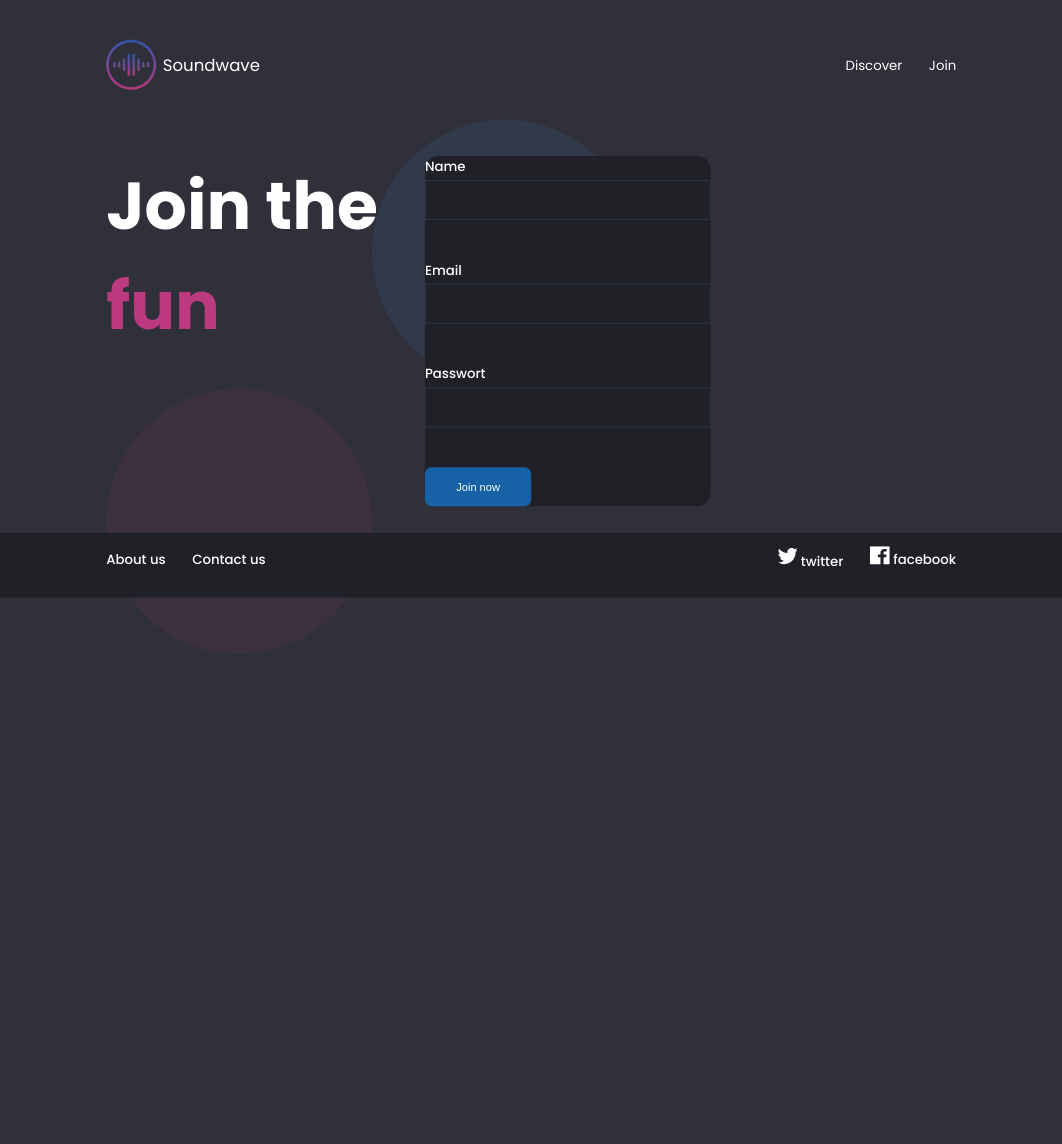
Repository: Hiiiij/soundwave
Page: pages/join.html
The author's editor kept a copy of each file at every save. The page is drawn from the files as they stood at one save, then again after a run of saves.
The browser window is 1280 px wide. The pictures show the whole page, at 83% of full size.

Above is the page before, as saved 2020-07-04 16:59:33.

### pages/join.html
<!DOCTYPE html>
<html lang="en">
  <head>
    <meta charset="UTF-8" />
    <meta name="viewport" content="width=device-width, initial-scale=1.0" />
    <link rel="stylesheet" href="../style.css" />
    <title>Soundwave</title>
  </head>

  <body class="main-container page-content">
    <header class="header container">
      <a href="/" class="logo">
        <img src="../assets/icons/logo.png" alt="logo-soundwave" />
        <span class="logotype">Soundwave</span>
      </a>
      <nav class="header-nav">
        <ul>
          <li>
            <a href="/pages/discover.html">Discover</a>
          </li>
          <li>
            <a href="/pages/join.html">Join</a>
          </li>
        </ul>
      </nav>
    </header>
    <section class="join container">
      <div class="left-section">
          <h1 class="title">Join the <span class="fun">fun</span> </h1>
      </div>
      <div class="right-section">
        <form class="form">

             <label for="name">Name</label>
             <input type="text" name="name" id="name"/>


             <label for="email">Email</label>
             <input type="email" name="email" id="email" />


             <label for="password">Passwort</label>
             <input type="password" name="passwort" id="passwort" />

           <div class="btn-container">
          <button class="button-primary" type="submit">Join now</button>
          </div>
          </form>
        </form>
        </div>
    </section>
     <span class="pink joy-1"></span>
      <span class="blue joy-2"></span>



    <footer class="footer-nav">
      <div class="main-container container">
        <nav class="footer">
          <ul class="footer-navigation">
            <li><a href="about.html">About us</a></li>
            <li><a href="contact.html">Contact us</a></li>
          </ul>
          <ul class="social-links">
            <li>
              <a href="#" class="link">
                <svg
                  width="24"
                  height="24"
                  viewBox="0 0 24 24"
                  fill="none"
                  xmlns="http://www.w3.org/2000/svg"
                >
                  <g clip-path="url(#clip0)">
                    <path
                      d="M24 4.55705C23.117 4.94905 22.168 5.21305 21.172 5.33205C22.189 4.72305 22.97 3.75805 23.337 2.60805C22.386 3.17205 21.332 3.58205 20.21 3.80305C19.313 2.84605 18.032 2.24805 16.616 2.24805C13.437 2.24805 11.101 5.21405 11.819 8.29305C7.728 8.08805 4.1 6.12805 1.671 3.14905C0.381 5.36205 1.002 8.25705 3.194 9.72305C2.388 9.69705 1.628 9.47605 0.965 9.10705C0.911 11.388 2.546 13.522 4.914 13.997C4.221 14.185 3.462 14.229 2.69 14.081C3.316 16.037 5.134 17.46 7.29 17.5C5.22 19.123 2.612 19.848 0 19.54C2.179 20.937 4.768 21.752 7.548 21.752C16.69 21.752 21.855 14.031 21.543 7.10605C22.505 6.41105 23.34 5.54405 24 4.55705Z"
                      class="social-links"
                    />
                  </g>
                  <defs>
                    <clipPath id="clip0">
                      <rect width="24" height="24" class="social-icons" />
                    </clipPath>
                  </defs>
                </svg>
                twitter
              </a>
            </li>
            <li>
              <a href="#" class="link">
                <svg
                  width="24"
                  height="22"
                  viewBox="0 0 24 22"
                  fill="none"
                  xmlns="http://www.w3.org/2000/svg">

                  <g clip-path="url(#clip0)">
                    <path
                      class="social-links"
                      d="M22.675 0H1.325C0.593 0 0 0.543583 0 1.21458V20.7863C0 21.4564 0.593 22 1.325 22H12.82V13.4805H9.692V10.1603H12.82V7.71192C12.82 4.87025 14.713 3.32292 17.479 3.32292C18.804 3.32292 19.942 3.41367 20.274 3.454V6.424L18.356 6.42492C16.852 6.42492 16.561 7.08033 16.561 8.041V10.1613H20.148L19.681 13.4814H16.561V22H22.677C23.407 22 24 21.4564 24 20.7854V1.21458C24 0.543583 23.407 0 22.675 0V0Z"
                    />
                  </g>
                  <defs>
                    <clipPath id="clip0">
                      <rect width="24" height="22" class="social-links" />
                    </clipPath>
                  </defs>
                </svg>
                facebook
              </a>
            </li>
          </ul>
        </nav>
      </div>
    </footer>
  </body>
</html>

### style.css
@import url("https://fonts.googleapis.com/css?family=Poppins:400,500,700");

*,
*::before,
*::after {
  box-sizing: border-box;
}

:root {
  /* colors  */
  --main-bg-color: #2f303a;
  --pink-circle: rgb(188, 58, 128);
  --blue-circle: #2f3446;
  --footer-bg: #202027;
  --primary-link-hover: #a07fe8;
  --button-primary: #1762a7;
  --button-hover: #3a90e1;
  --accent-text: #bc3a80;
  --primary-text: #ffffff;
  --link-hover: #ffb515;

  /* typography */
  --h4-font-size: 1rem;
  --h1-font-size: 3rem;
  --h2-font-size: 1.5rem;
   --extrabig-font-size:5rem;
  --logo-font-size: 1.25rem;
  --btn-text: 0.75rem;
  --font-bold: 500;
  --font-extra-bold:700;

  /* breakpoitns */
  --xs-breakpoint: 0px;
  --sm-breakpoint: 600px;
  --md-breakpoint: 960px;
  --lg-breakpoint: 1280px;
  --xl-breakpoint: 1920px;
}

/* General styles */
body {
  padding: 0;
  margin: 0;
  font-family: "Poppins", sans-serif;
  background-color: var(--main-bg-color);
  color: var(--primary-text);
  font-size: var(--h4-font-size);
  min-height: 100vh;
  overflow: hidden;
}

.page-content {
  display: flex;
  flex-direction: column;
  justify-content: space-between;
}
.main-container {
  height: 100vh;
  /* width:100vw; */
}

.container {
  width: 80vw;
  margin: 0 auto;
}

.header,
.footer {
  display: flex;
  justify-content: space-between;
  align-items: center;

}
.header {
  padding: 3rem 0;
}

.logo {
  display: flex;
  align-items: center;
  color: inherit;
  font-size: var(--h3-font-size);
  text-decoration: none;
}

.logotype {
  margin-left: 0.5rem;
  font-size: var(--logo-font-size);
}

.header-nav ul,
.footer-nav ul {
  display: flex;
  list-style: none;
  margin: 0;
  padding: 0;

}
.footer-navigation  li{
  text-align: center;
}

.header-nav > ul > li:not(:last-child) {
  margin-right: 2rem;
}

.header-nav a,
.footer-nav a {
  text-decoration: none;
  color: inherit;

}

.header-nav a:hover {
  color: var(--link-hover);
}


.title {
  font-weight: var(--font-bold);
  font-size: var(--h1-font-size);
  margin-bottom: 0;
  margin-top: 0;
}

.subt {
  font-weight: var(--font-bold);
  font-size: var(--h2-font-size);
  margin-top: 0.75rem;
  margin-bottom: 3rem;
}

.button-primary {
  border: 0;
  padding-top: 1rem;
  padding-bottom: 1rem;
  width: 8rem;
  display: inline-block;
  border-radius: 0.5rem;
  background-color: var(--button-primary);
  text-align: center;
  color: var(--primary-text);
  text-decoration: none;
}

.home {
  flex: 1;
}

.home,
.discover {
  display: flex;
}

.home .img-wrapper {
  display: flex;
  flex-grow: 1;
  flex-direction: column;
  align-items: stretch;
  justify-content: flex-end;
}

.img {
  background-image: url(./assets/images/landing-page-girl.png);
  background-repeat: no-repeat;
  flex-grow: 1;
  /* max-height:80vh;  */
  min-width: 40vw;
  min-height: 60vh;
  max-width: 515px;
  z-index: 2;
  background-size: 80%;
  background-position: 0 bottom;

  background-position: 0 bottom;
  align-items: center;
  justify-content: flex-end;
}

.home .heading {
  display: flex;
  flex-direction: column;
  align-items: flex-start;
  align-self: center;
}

@media (max-width: 900px) {
  .home .img-wrapper .img {
    display: none;
  }
  .home {
    justify-content: center;
    align-items: center;
  }

  .home .heading {
    align-items: center;
  }
  .discover{
    display: flex;
    flex-direction: column;
    align-items: center;
    justify-content: center;
  }
  .left-section
  .image-section .cover{
    display:flex;
    flex-direction: column;
    justify-content: center;
    max-width: 80%;
    margin-top:1.5rem;
  }

}

.blue,
.pink,
.half-blue {
  border-radius: 50%;
  opacity: 0.1;
  display: block;
  position: absolute;
  z-index: -1;
  height: 25vw;
  width: 25vw;
}

.blue {
  background-color: var(--button-hover);
  top: 20%;
  left: 35%;
}

.pink {
  background-color: var(--accent-text);
  top: 65%;
  left: 10%;
}

.half-blue {
  height: 40vw;
  width: 40vw;
  right: 0;
  bottom: 0;
  overflow: hidden;
  border-radius: 0;
}



}

.home .half-blue::before {
  content: "";
  position: absolute;
  bottom: 0;
  right: 0;
  width: 100%;
  height: 100%;
  border-radius: 50%;
  transform: translate(40%, 40%);
  background-color: var(--button-hover);
}

.footer-nav {
  padding: 1rem 0;
  background-color: var(--footer-bg);
  font-weight: var(--font-bold);
  max-height: 78px;
}

.footer > ul > li:not(:last-child) {
  margin-right: 2rem;
}

.footer .social-links {
  fill: var(--primary-text);
  /* align-items: center; */
}
.footer-navigation a:hover, .footer-navigation a:focus, .footer-navigation a:active  {
  color: var(--link-hover);
}

.social-links a:hover, .social-links a:focus, .social-links a:active {
  color: var(--button-hover);
}
.footer a:hover .social-links {
  fill: var(--button-hover);
}

/* section Discover*/

.discover {
  max-width: 80vw;
  margin: 0 auto;
}

.image-section {
  margin-left: 4rem;
  min-width: 200px;

}

.cover {
  width: 100%;
}

.icon {
  max-width: 2rem;

}

.icon-description {
  margin-top: 1rem;
  margin-bottom: 0;
  min-width: 75px;
  text-align: center;
}

.icons-grid {
  display: flex;
  flex-direction: row;
  margin-top: 3rem;
  margin-bottom: 3rem;

}

.icon-grid-item {
  background-color: var(--footer-bg);
  display: flex;
  flex-direction: column;
  justify-content: center;
  align-items: center;
  padding: 1rem;
  border-radius: 0.5rem;
}

.icon-grid-item:not(:last-child) {
  margin-right: 2rem;
}
.subt {
  margin-top: 3rem;
}


/*section join*/
.join {
  display:flex;
  justify-content: space-between;
  /* align-items: center; */
}
.join left-section{
  flex-grow: 1;
}

.join .title{
 font-weight: var(--font-extra-bold);
 font-size:var(--extrabig-font-size);

}
.left-section .fun{
  color: var(--accent-text);
  font-weight: var(--font-extra-bold);
}

.right-section{
 flex-direction: column;
  flex-grow: 1;
   align-items: center;

}

.form{
  display: flex;
  flex-direction: column;
  /* justify-content: flex-end; */

  background-color: var(--footer-bg);

  width:50vw;
  max-width: 50%;
  min-width: 40%;
  margin-left: 3rem;
  border-radius: 1rem;

}

label{
  margin-bottom: .25rem;
  font-weight: var(--font-bold);
}
input{
margin-bottom: 3rem;
height: 3rem;
background: none;
outline: none;
border:1px solid var(--blue-circle);
font-size: var(--primary-text);
padding:.5rem ;
color:inherit;
}

input:focus{
  border-color: var(--accent-text)
}
/* .pink-join{
transform:60px;

}
.blue-join{

} */

After the next 2 saves:
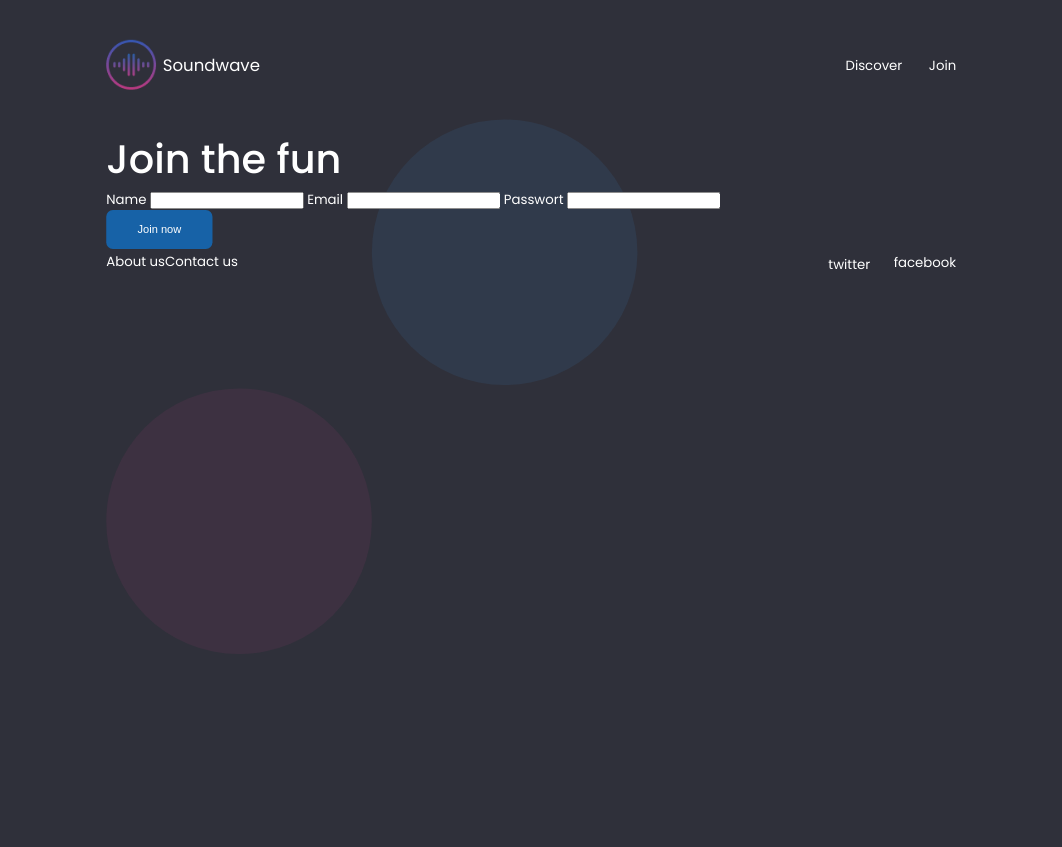
The 2 saves are shown as one change because they came seconds apart.
The last was saved 5 s later.
--- a/style.css
+++ b/style.css
@@ -262,6 +262,12 @@
   background-color: var(--button-hover);
 }
 
+span .joy-1{
+width: 70vw;
+height: 70vw;
+transform: scale(3);
+transform:translateX(-15%);
+
 .footer-nav {
   padding: 1rem 0;
   background-color: var(--footer-bg);

After the 6 saves that followed:
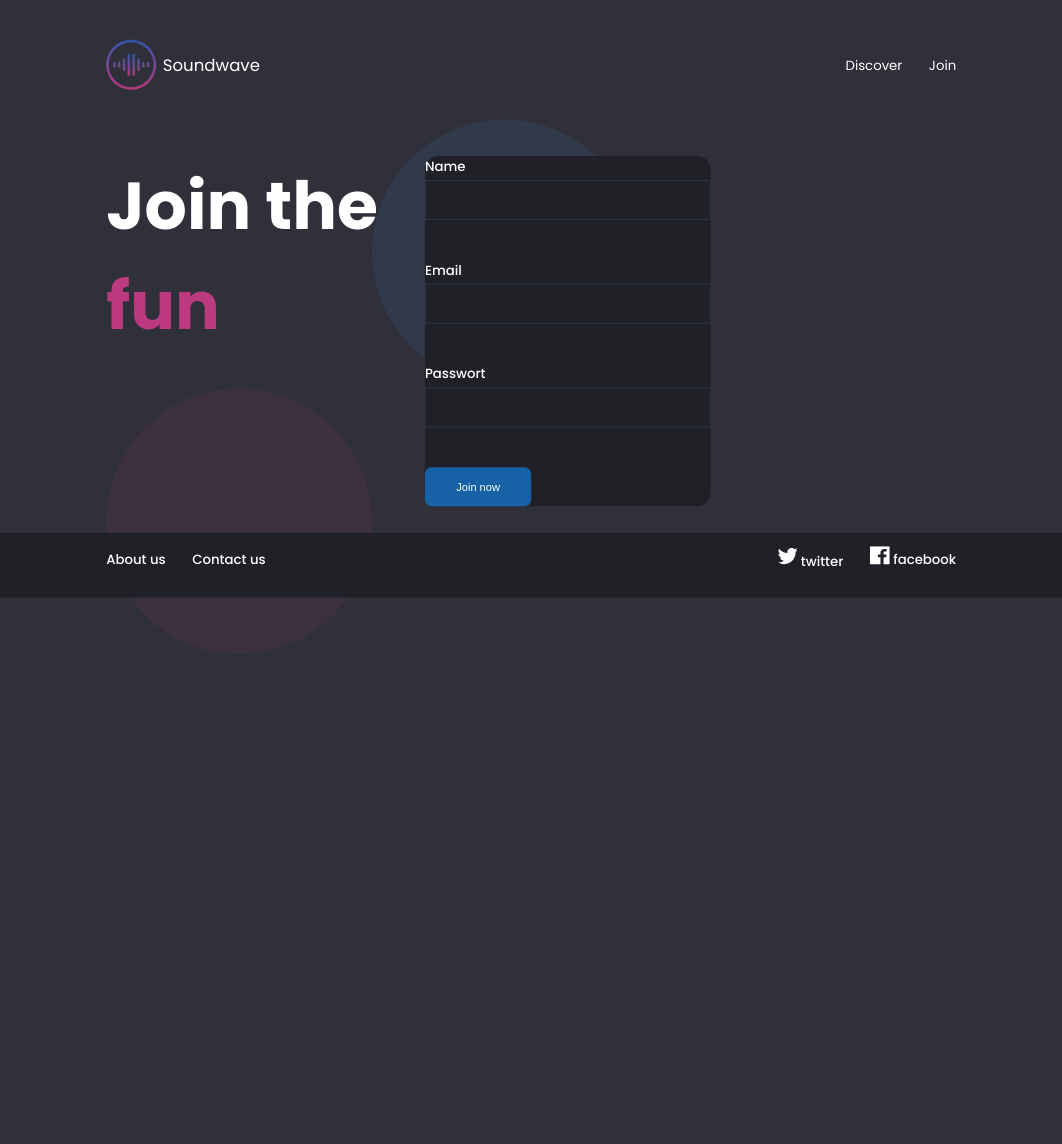
The 6 saves are shown as one change because 1 left the picture as it was and some came seconds apart.
The last was saved 17 s later.
--- a/style.css
+++ b/style.css
@@ -246,10 +246,6 @@
   border-radius: 0;
 }
 
-
-
-}
-
 .home .half-blue::before {
   content: "";
   position: absolute;
@@ -267,6 +263,8 @@
 height: 70vw;
 transform: scale(3);
 transform:translateX(-15%);
+}
+
 
 .footer-nav {
   padding: 1rem 0;
